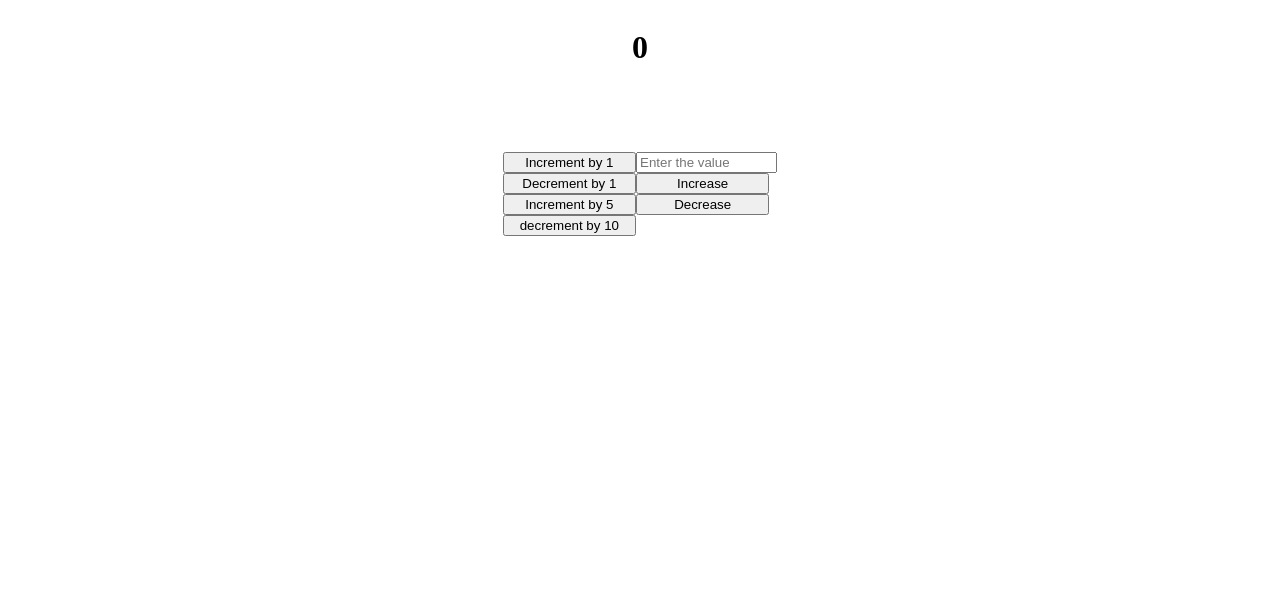
Repository: drumsmanku/micro-project-2
Page: index.html
An editor plug-in stored every save of this project. The page is shown before and after the next save, followed by the edit.
The browser window is 1280 px wide. The pictures show the whole page.

Above is the page before, as saved 2023-04-07 19:35:59.

After the next save:
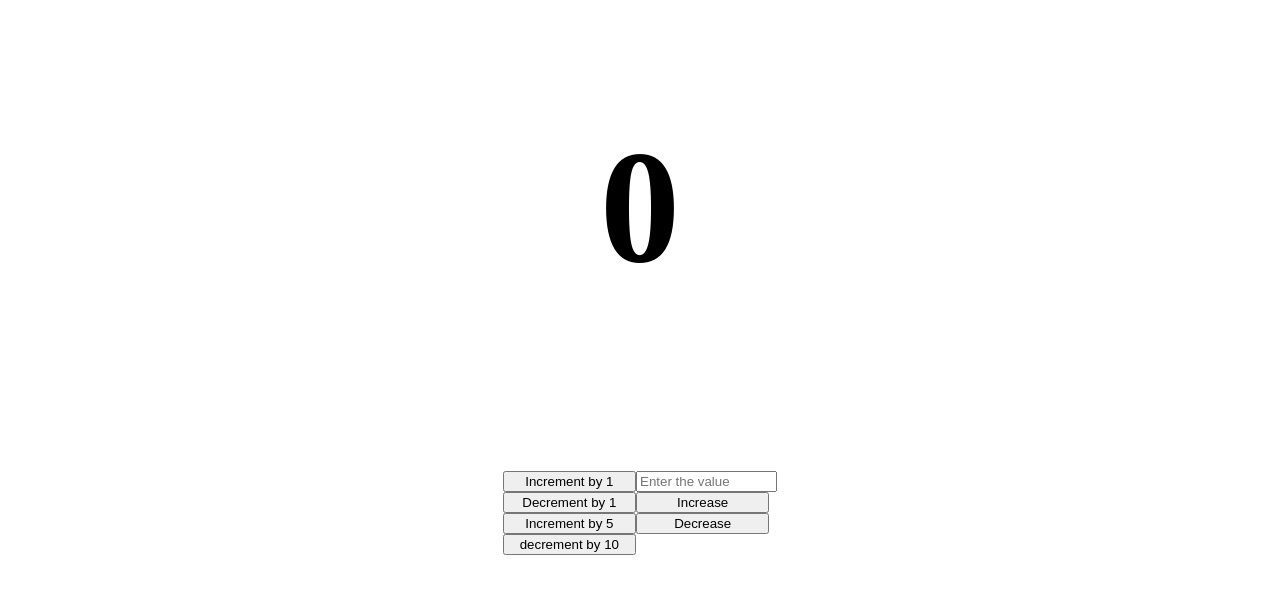
Saved 31 s later.
--- a/style.css
+++ b/style.css
@@ -3,6 +3,9 @@
   justify-content: center;
   align-items: center;
   flex-direction: column;
+}
+.my-elements h1{
+  font-size: 10rem;
 }
 
 .second-part{
